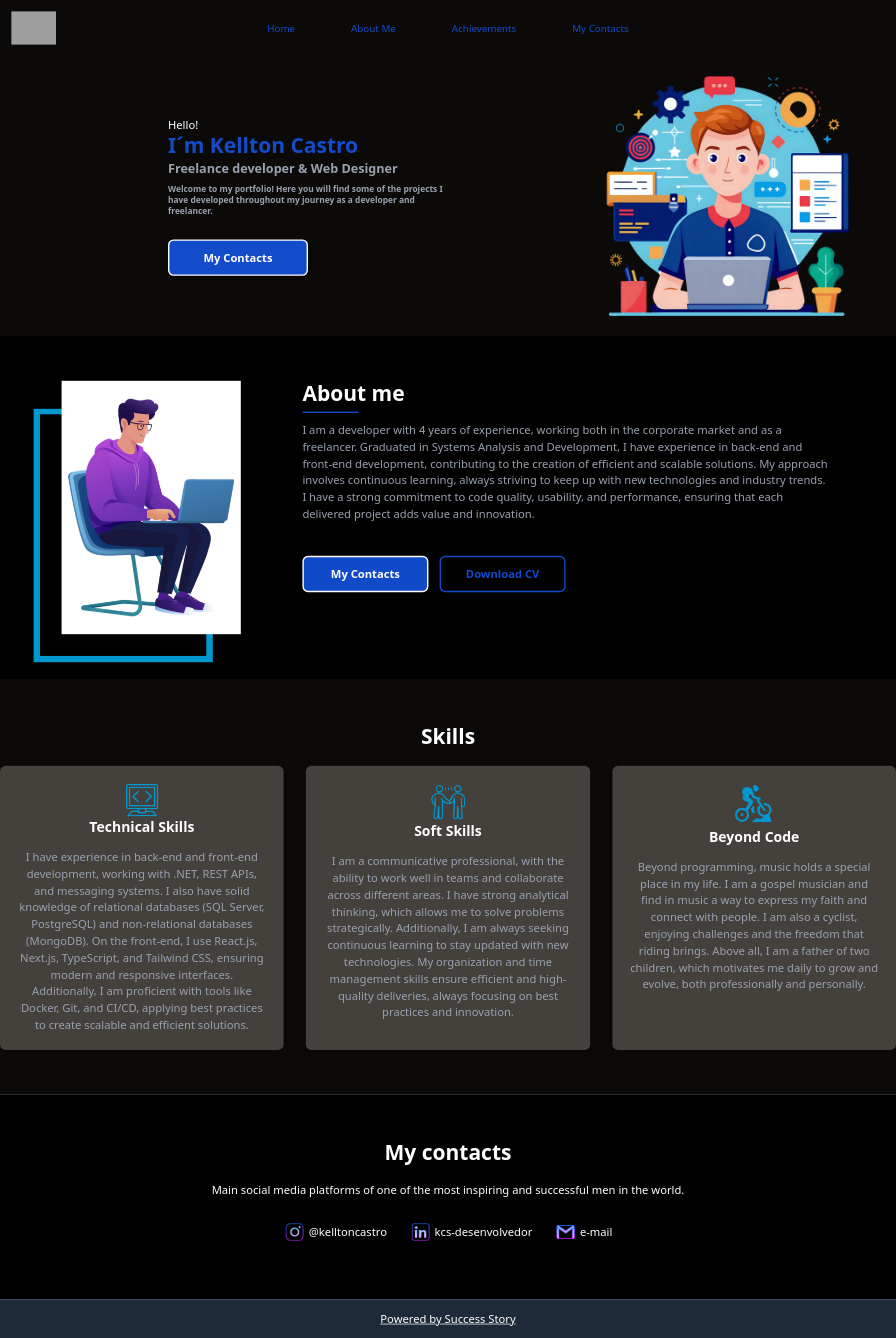
Repository: kcsdesenvolvedor/portfolio
Page: src/index.html
An editor plug-in stored every save of this project. The page is shown before and after the next save, followed by the edit.
The browser window is 1280 px wide. The pictures show the whole page, at 70% of full size.
Pictures or frames that could not be fetched are drawn as grey boxes.

Above is the page before, as saved 2025-02-21 21:10:53.
Console error: TypeError: Cannot read properties of null (reading 'textContent')

After the next save:
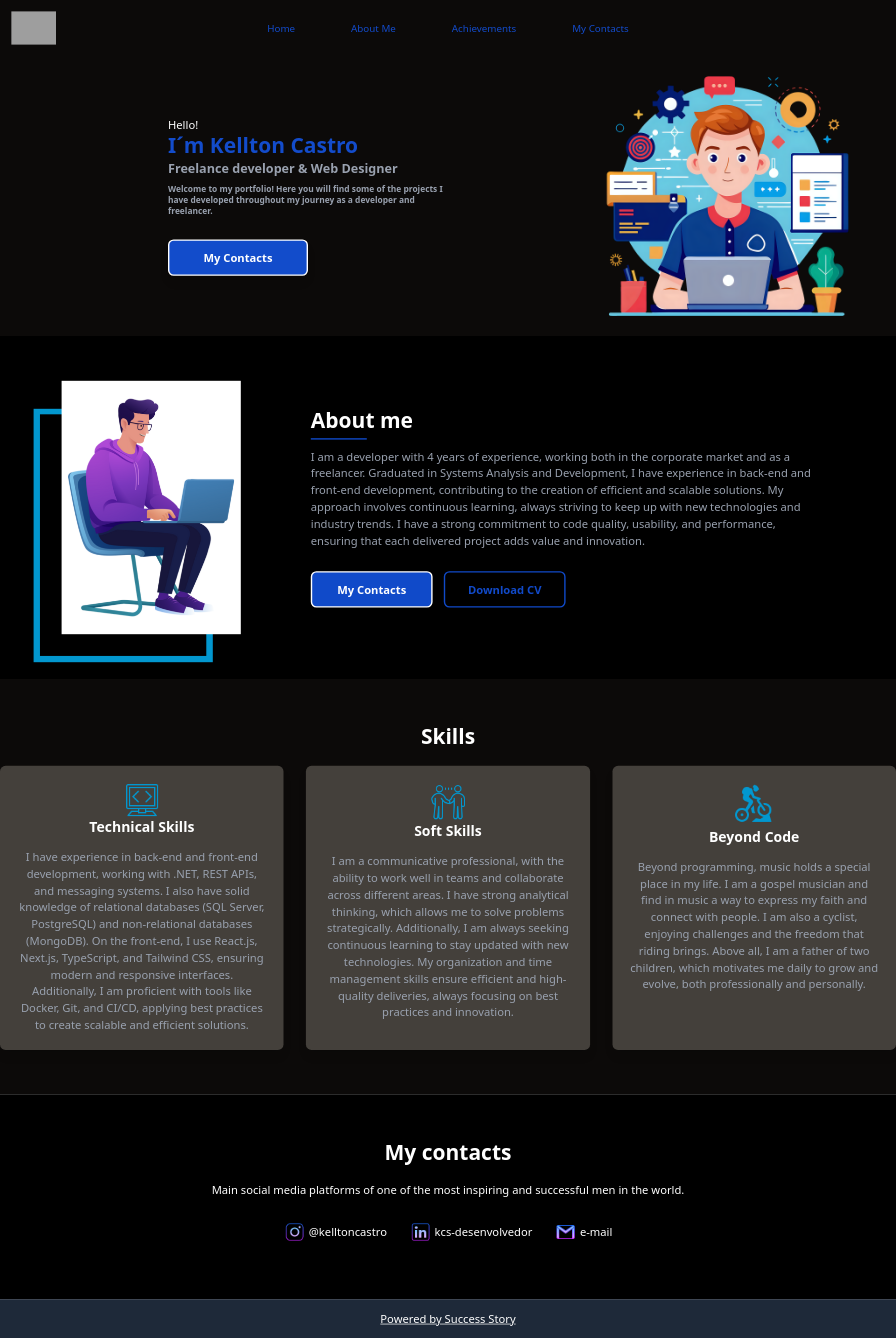
Saved 5 min 4 s later.
--- a/src/index.html
+++ b/src/index.html
@@ -146,30 +146,31 @@
     </section>
 
     <!-- Sobre -->
-    <section id="about" class="flex content-center justify-center space-x-20 py-16 bg-black border-r-gray-900 fade-in">
-        <div class="relative">
+    <section id="about" class="flex flex-col lg:flex-row items-center justify-center space-y-10 lg:space-y-0 lg:space-x-20 py-16 bg-black border-r-gray-900 fade-in">
+        <div class="relative flex justify-center">
             <!-- Moldura (posição de fundo) -->
-            <img src="./img/moldura.png" class="w-3xs h-3xs absolute -left-10 top-10" alt="moldura do perfil">
+            <img src="./img/moldura.png" class="w-3xs h-3xs absolute -left-5 top-5 lg:-left-10 lg:top-10" alt="moldura do perfil">
 
             <!-- Imagem de perfil (fica por cima) -->
             <img src="./img/perfil-portfolio1.png" class="w-3xs h-3xs relative z-10" alt="meu perfil">
         </div>
-        <div class="px-2 w-3xl">
+        <div class="px-5 w-full lg:w-3xl text-center lg:text-left">
             <h3 class="text-3xl text-white font-bold mb-2">About me</h3>
-            <div class="w-20 h-0.5 bg-blue-600/80 dark:bg-sky-400/80 mb-3"></div>
-            <p class="text-gray-400 text-left w-full mb-12">
+            <div class="w-20 h-0.5 bg-blue-600/80 dark:bg-sky-400/80 mb-3 mx-auto lg:mx-0"></div>
+            <p class="text-gray-400 text-left w-full mb-8">
                 I am a developer with 4 years of experience, working both in the corporate market and as a freelancer. Graduated in Systems Analysis and Development, I have experience in back-end and front-end development, contributing to the creation of efficient and scalable solutions. My approach involves continuous learning, always striving to keep up with new technologies and industry trends. I have a strong commitment to code quality, usability, and performance, ensuring that each delivered project adds value and innovation.
             </p>
-            <div class="flex w-2/4 gap-4">
-                <a href="#contact" class="bg-blue-600/80 dark:bg-sky-400/80 text-center text-white font-bold w-2/4 py-3 px-6 border-2 rounded-lg shadow-lg hover:bg-black hover:text-blue-600/80 hover:dark:text-sky-400/80 hover:border-blue-600/80 hover:dark:border-sky-400/80 hover:border-2 transition delay-150 duration-300 ease-in-out">
+            <div class="flex flex-col lg:flex-row w-full lg:w-2/4 gap-4">
+                <a href="#contact" class="bg-blue-600/80 dark:bg-sky-400/80 text-center text-white font-bold w-full lg:w-2/4 py-3 px-6 border-2 rounded-lg shadow-lg hover:bg-black hover:text-blue-600/80 hover:dark:text-sky-400/80 hover:border-blue-600/80 hover:dark:border-sky-400/80 hover:border-2 transition delay-150 duration-300 ease-in-out">
                     My Contacts
                 </a>
-                <a href="#contact" class="bg-black text-center border-blue-600/80 dark:border-sky-400/80 text-blue-600/80 dark:text-sky-400/80 font-bold w-2/4 py-3 px-6 border-2 rounded-lg shadow-lg hover:text-white hover:border-white hover:border-2 transition delay-150 duration-300 ease-in-out">
+                <a href="#contact" class="bg-black text-center border-blue-600/80 dark:border-sky-400/80 text-blue-600/80 dark:text-sky-400/80 font-bold w-full lg:w-2/4 py-3 px-6 border-2 rounded-lg shadow-lg hover:text-white hover:border-white hover:border-2 transition delay-150 duration-300 ease-in-out">
                     Download CV
                 </a>
             </div>
         </div>
     </section>
+
 
 
     <!-- Serviços -->
